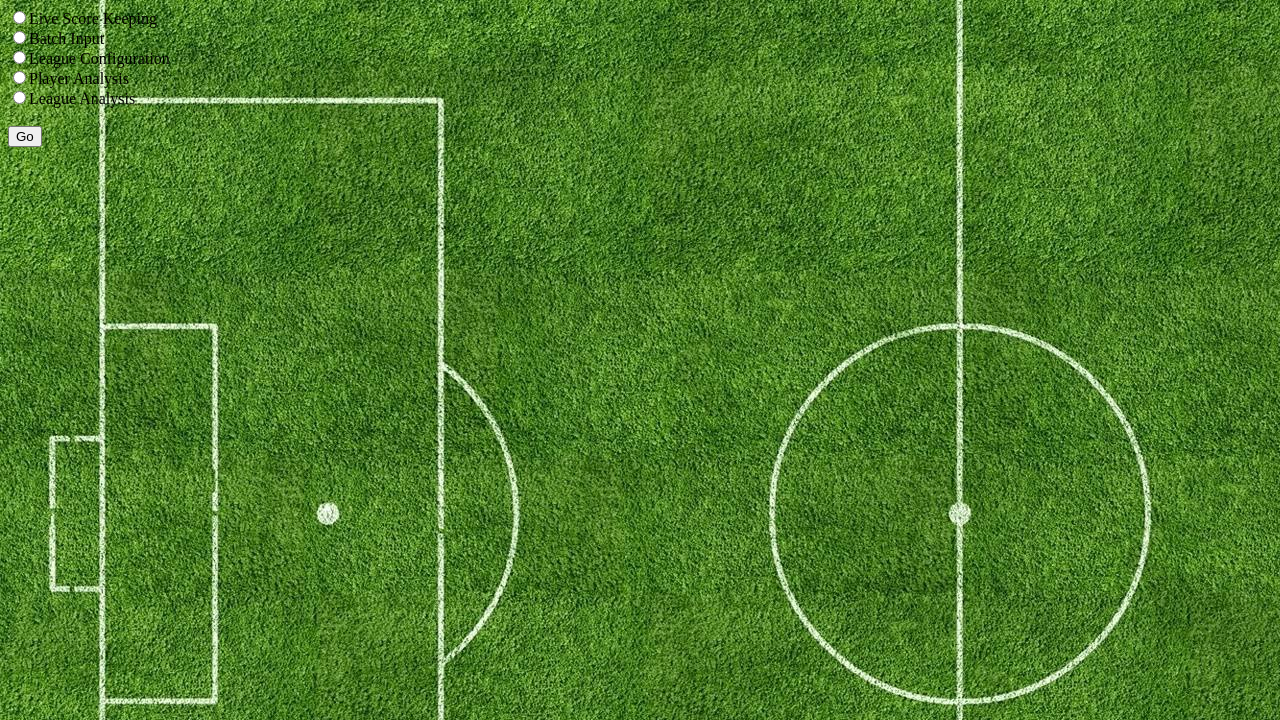
Repository: FredGlozman/SwiftScore
Page: SwiftScore/Website.html
The author's editor kept a copy of each file at every save. The page is drawn from the files as they stood at one save, then again after the next save.
The browser window is 1280 px wide. The pictures show the whole page.

Above is the page before, as saved 2015-12-01 22:16:25.

### SwiftScore/Website.html
<html>
<head>
	<title>SwiftScore</title>
</head>
<body background = soccer.jpg>

<form action="PHP.php" method="post">
  <input type="radio" name = "UseCase" value="1">Live Score Keeping
  <br>
  <input type="radio" name = "UseCase" value="2">Batch Input
  <br>
  <input type="radio" name = "UseCase" value="3">League Configuration
  <br>
  <input type="radio" name = "UseCase" value="4">Player Analysis
  <br>
  <input type="radio" name = "UseCase" value="5">League Analysis
  <br><br>
  <input type= "submit" value= "Go">
</form>

</body>
</html>

After the next save:
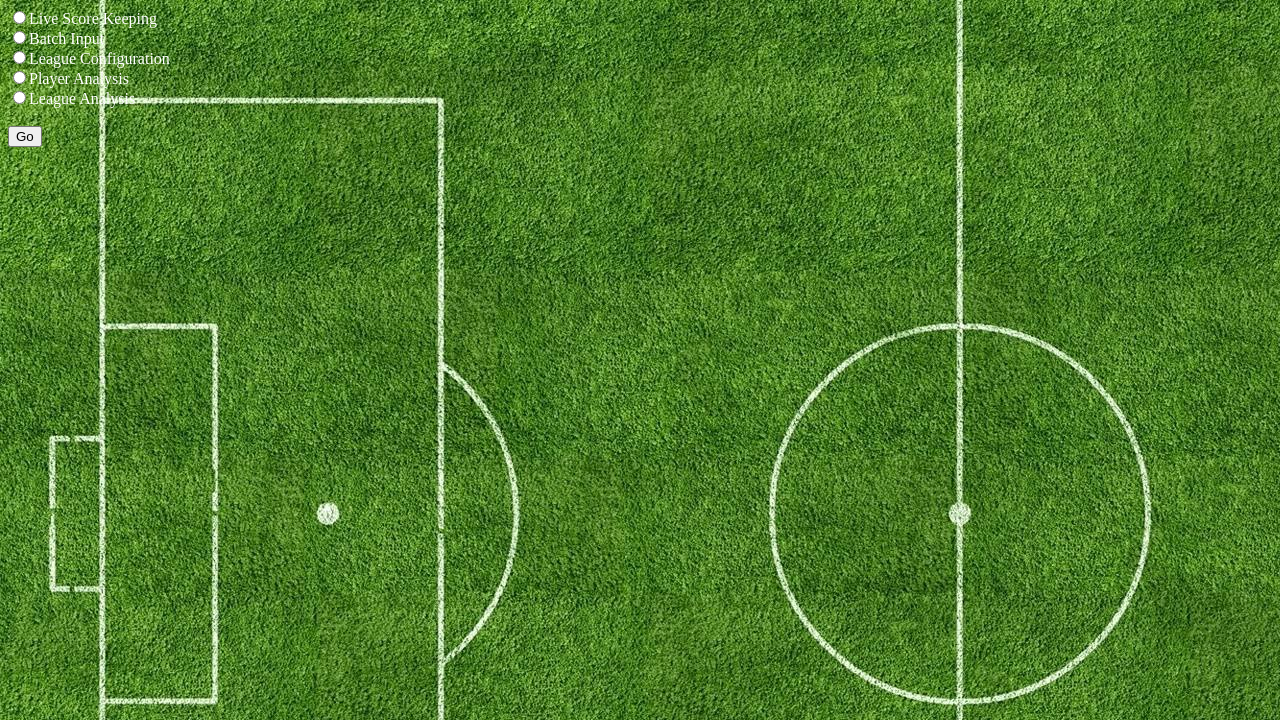
Saved 82 s later.
--- a/SwiftScore/Website.html
+++ b/SwiftScore/Website.html
@@ -5,7 +5,7 @@
 <body background = soccer.jpg>
 
 <form action="PHP.php" method="post">
-  <input type="radio" name = "UseCase" value="1">Live Score Keeping
+  <input type="radio" name = "UseCase" value="1"><font color ="white"</font>Live Score Keeping
   <br>
   <input type="radio" name = "UseCase" value="2">Batch Input
   <br>
